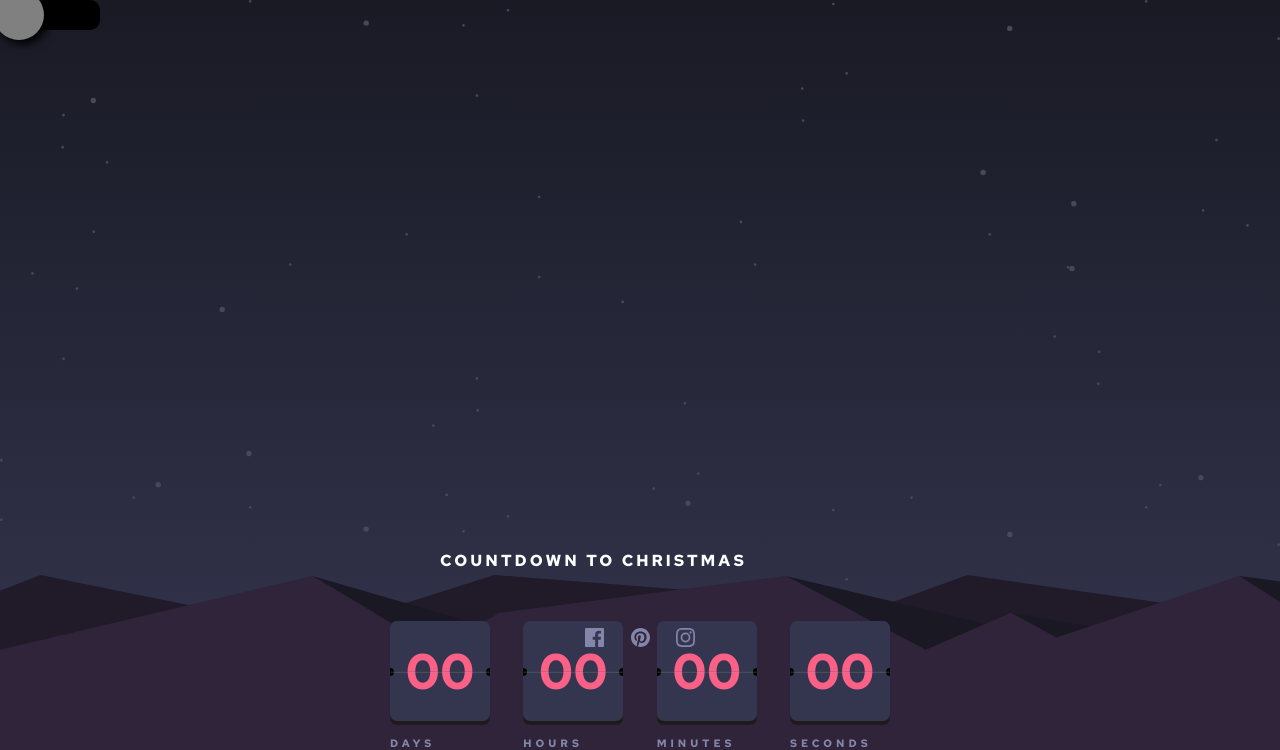
Repository: Eugene44-hub/countdown
Page: index.html
An editor plug-in stored every save of this project. The page is shown before and after the next save, followed by the edit.
The browser window is 1280 px wide. The pictures show the whole page.
Backgrounds fixed to the window are drawn as part of the page.

Above is the page before, as saved 2021-09-13 02:40:12.

### index.html
<!DOCTYPE html>
<html lang="en">

<head>
    <meta charset="UTF-8">
    <meta http-equiv="X-UA-Compatible" content="IE=edge">
    <meta name="viewport" content="width=device-width, initial-scale=1.0">
    <title>Document</title>
    <link rel="stylesheet" href="style.css">
</head>

<body>
    <div class="container">
        <div class="box "></div>
        <div class="toggle"></div>
    </div>

    <div class="timer">
        <h4 class="col10">countdown to christmas</h4>
        <div>
            <div class="card">
                <div class="circle"></div>
                <div class="circle circle2"></div>
                <p id="days">00</p>
                <hr>
            </div>
            <h6>days</h6>
        </div>
        <div>
            <div class="card">
                <div class="circle"></div>
                <div class="circle circle2"></div>
                <p id="hours">00</p>
                <hr>
            </div>
            <h6>hours</h6>
        </div>
        <div>
            <div class="card">
                <div class="circle"></div>
                <div class="circle circle2"></div>
                <p id="minutes">00</p>
                <hr>
            </div>
            <h6>minutes</h6>
        </div>
        <div>
            <div class="card">
                <div class="circle"></div>
                <div class="circle circle2"></div>
                <p id="seconds">00</p>
                <hr>
            </div>
            <h6>seconds</h6>
        </div>

    </div>
    <footer>
        <div class="social-media" id="facebook">
            <a href=""><img src="images/icon-facebook.svg"></a>
        </div>
        <div class="social-media" id="pinterest">
            <a href="">
                <img src="images/icon-pinterest.svg">
            </a>
        </div>
        <div class="social-media" id="instagram">
            <a href="">
                <img src="images/icon-instagram.svg">
            </a>
        </div>



    </footer>
    </div>

    <script src="app.js"></script>

</body>

</html>

</html>

### style.css
    @import url('https://fonts.googleapis.com/css2?family=Red+Hat+Text:wght@700&display=swap');
    * {
        padding: 0;
        margin: 0;
        box-sizing: border-box;
    }

    body {
        /* background-color: hsl(235, 16%, 14%); */
        /* background-color: hsl(234, 17%, 12%); */
        background-image: url('images/pattern-hills.svg'), url('images/bg-stars.svg'), linear-gradient( hsl(235, 18%, 12%), hsl(236, 21%, 26%));
        background-position: bottom, top;
        background-repeat: no-repeat, repeat;
        background-size: contain;
        background-attachment: fixed;
        font-family: 'Red Hat Text';
    }

    .container {
        display: flex;
        width: 100%;
        height: 500px;
        flex-wrap: wrap;
        text-align: center;
    }

    .col10 {
        flex: 100%;
        margin: auto;
    }

    h4 {
        color: white;
        padding: 50px;
        text-transform: uppercase;
        letter-spacing: 3px;
    }

    h6 {
        color: white;
        text-transform: uppercase;
        margin-top: 15px;
        color: hsl(237, 18%, 59%);
        letter-spacing: 4px;
    }

    .timer {
        margin: auto;
        display: flex;
        flex-wrap: wrap;
        justify-content: space-between;
        max-width: 500px;
    }

    .card {
        background-color: hsl(236, 21%, 26%);
        width: 100px;
        height: 100px;
        position: relative;
        overflow: hidden;
        box-shadow: 0px 4px rgb(29, 27, 27);
        border-radius: 7px;
        display: flex;
    }

    p {
        font-size: 50px;
        color: hsl(345, 95%, 68%);
        margin: auto;
    }

    .circle {
        border-width: 4px;
        border-radius: 50%;
        border-color: black;
        border-style: solid;
        height: 1px;
        position: absolute;
        left: -4px;
        top: 47%;
    }

    .circle2 {
        left: 96px;
    }

    hr {
        position: absolute;
        width: 100%;
        top: 50%;
        left: 0%;
        border-color: rgb(158, 158, 158);
        opacity: 0.2;
    }

    footer {
        display: flex;
        justify-content: space-between;
        flex: 100%;
        max-width: 130px;
        position: absolute;
        bottom: 5%;
        left: 50%;
        transform: translate(-50%, -50%);
    }

    img {
        width: 100%
    }

    .social-media {
        width: 30%;
        padding: 10px;
    }

    img:hover {
        background-color: hsl(345, 95%, 68%);
    }

    .box {
        background-color: black;
        height: 30px;
        width: 100px;
        position: relative;
        transition: all 0.5s;
        border-radius: 10px;
    }

    .toggle {
        top: -10px;
        background-color: grey;
        height: 50px;
        width: 50px;
        box-shadow: 4px 4px 10px black;
        border-radius: 50%;
        position: absolute;
        left: -6px;
        transition: all 0.5s;
    }

    @media screen and (max-width: 720px) {
        .timer {
            max-width: 100%;
            padding: 2px;
        }
        body {
            background-image: url('images/snow-clipart-620123-ields-covered-with-snow-under-a-b-Stock-Vector.jpg');
            background-size: auto;
        }
    }
    /* timer color  hsl(345, 95%, 68%)
timer card color hsl(237, 18%, 59%)
* /

### app.js
setInterval(e => {
    const days = document.querySelector('#days');
    const hours = document.querySelector('#hours');
    const minutes = document.querySelector('#minutes');
    const seconds = document.querySelector('#seconds');
    //Actual values
    const proposed = new Date('2021-12-25');
    const current = new Date();

    const proArr = [proposed.getHours(), proposed.getMinutes(), proposed.getSeconds(), proposed.getDay(), proposed.getMonth()];
    let daysTo, hoursTo, minutesTo, secondsTo;

    daysTo = (((proArr.at(-1) * 31) - 7) + proposed.getDate()) - (((current.getMonth() * 31) - 5) + current.getDate());
    hoursTo = (24 - current.getHours());
    minutesTo = (60 - current.getMinutes());
    secondsTo = (60 - current.getSeconds());

    days.textContent = daysTo;
    hours.textContent = hoursTo;
    minutes.textContent = minutesTo;
    seconds.textContent = secondsTo;
}, Infinity)









//calculation starts
// console.log((((proArr.at(-1) * 31) - 7) + proposed.getDate()) - (((current.getMonth() * 31) - 5) + current.getDate()) + 'days to christmas');
// console.log('hours:' + (24 - current.getHours()));
// console.log('minutes:' + (60 - current.getMinutes()));
// console.log('seconds:' + (60 - current.getSeconds()));
//claculations end


// console.log('proposed days:' + (((proArr.at(-1) * 31) - 7) + proposed.getDate()));
// console.log('current days:' + (((current.getMonth() * 31) - 5) + current.getDate()));
//test
// let cal = proposed. - current;
// console.log(proposed);
// console.log(current.getDate());
// console.log(proArr.at(-1) + 1);
// let another = new Date(cal);
// console.log(another)
//359-253 propsed day - current day(mth*31-7) for september minus 6

After the next save:
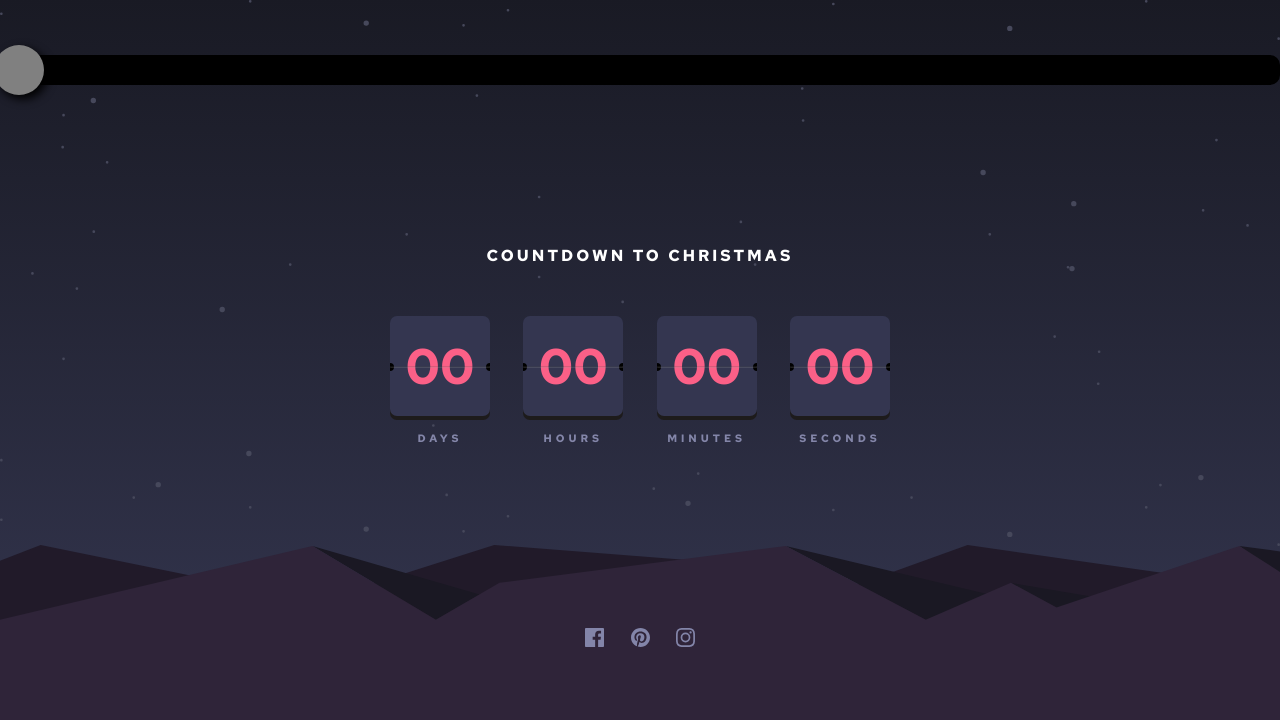
Saved 17 s later.
--- a/index.html
+++ b/index.html
@@ -11,68 +11,68 @@
 
 <body>
     <div class="container">
-        <div class="box "></div>
-        <div class="toggle"></div>
-    </div>
-
-    <div class="timer">
-        <h4 class="col10">countdown to christmas</h4>
-        <div>
-            <div class="card">
-                <div class="circle"></div>
-                <div class="circle circle2"></div>
-                <p id="days">00</p>
-                <hr>
-            </div>
-            <h6>days</h6>
-        </div>
-        <div>
-            <div class="card">
-                <div class="circle"></div>
-                <div class="circle circle2"></div>
-                <p id="hours">00</p>
-                <hr>
-            </div>
-            <h6>hours</h6>
-        </div>
-        <div>
-            <div class="card">
-                <div class="circle"></div>
-                <div class="circle circle2"></div>
-                <p id="minutes">00</p>
-                <hr>
-            </div>
-            <h6>minutes</h6>
-        </div>
-        <div>
-            <div class="card">
-                <div class="circle"></div>
-                <div class="circle circle2"></div>
-                <p id="seconds">00</p>
-                <hr>
-            </div>
-            <h6>seconds</h6>
+        <div class="box col10">
+            <div class="toggle"></div>
         </div>
 
-    </div>
-    <footer>
-        <div class="social-media" id="facebook">
-            <a href=""><img src="images/icon-facebook.svg"></a>
+        <div class="timer">
+            <h4 class="col10">countdown to christmas</h4>
+            <div>
+                <div class="card">
+                    <div class="circle"></div>
+                    <div class="circle circle2"></div>
+                    <p id="days">00</p>
+                    <hr>
+                </div>
+                <h6>days</h6>
+            </div>
+            <div>
+                <div class="card">
+                    <div class="circle"></div>
+                    <div class="circle circle2"></div>
+                    <p id="hours">00</p>
+                    <hr>
+                </div>
+                <h6>hours</h6>
+            </div>
+            <div>
+                <div class="card">
+                    <div class="circle"></div>
+                    <div class="circle circle2"></div>
+                    <p id="minutes">00</p>
+                    <hr>
+                </div>
+                <h6>minutes</h6>
+            </div>
+            <div>
+                <div class="card">
+                    <div class="circle"></div>
+                    <div class="circle circle2"></div>
+                    <p id="seconds">00</p>
+                    <hr>
+                </div>
+                <h6>seconds</h6>
+            </div>
+
         </div>
-        <div class="social-media" id="pinterest">
-            <a href="">
-                <img src="images/icon-pinterest.svg">
-            </a>
-        </div>
-        <div class="social-media" id="instagram">
-            <a href="">
-                <img src="images/icon-instagram.svg">
-            </a>
-        </div>
+        <footer>
+            <div class="social-media" id="facebook">
+                <a href=""><img src="images/icon-facebook.svg"></a>
+            </div>
+            <div class="social-media" id="pinterest">
+                <a href="">
+                    <img src="images/icon-pinterest.svg">
+                </a>
+            </div>
+            <div class="social-media" id="instagram">
+                <a href="">
+                    <img src="images/icon-instagram.svg">
+                </a>
+            </div>
 
 
 
-    </footer>
+        </footer>
     </div>
 
     <script src="app.js"></script>
